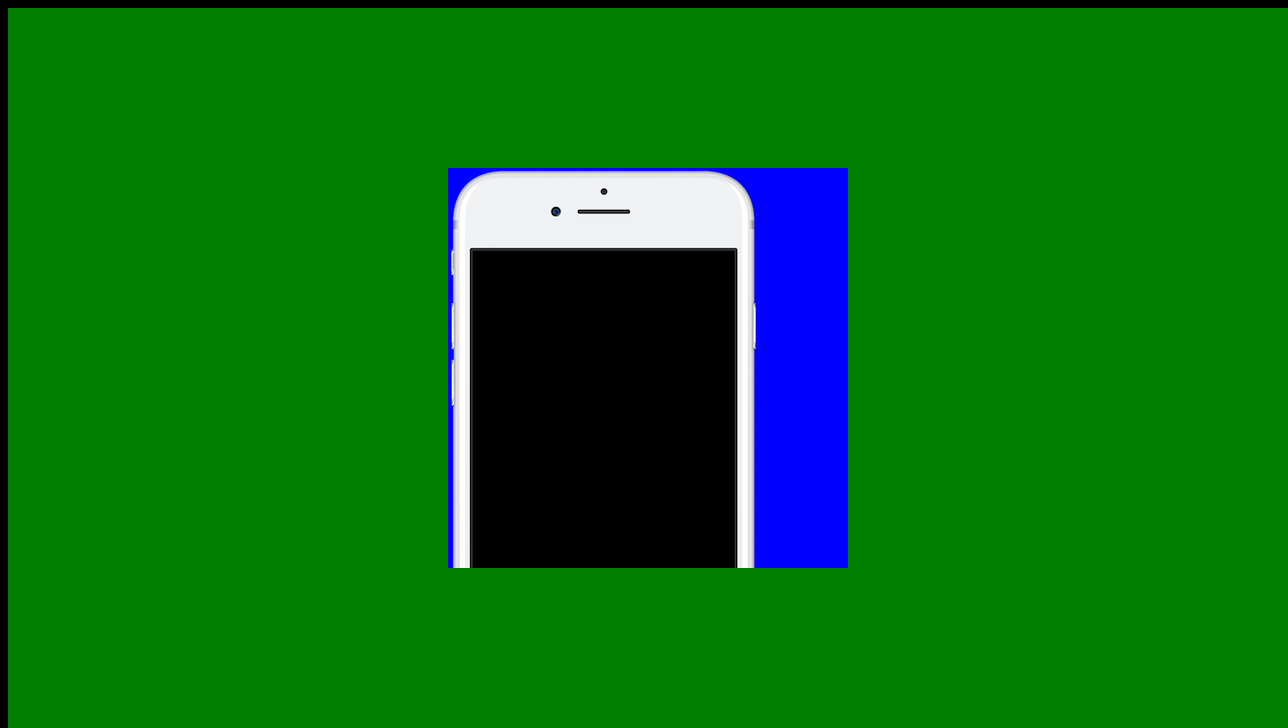
Repository: Lucianorodriguesdev/Projeto-RedeSocial
Page: index.html
The author's editor kept a copy of each file at every save. The page is drawn from the files as they stood at one save, then again after the next save.
The browser window is 1280 px wide. The page is 1288 px wide, so the pictures cover 1288 px, including what lies to the right of the window. The pictures show the whole page.

Above is the page before, as saved 2026-07-06 10:38:36.

After the next save:
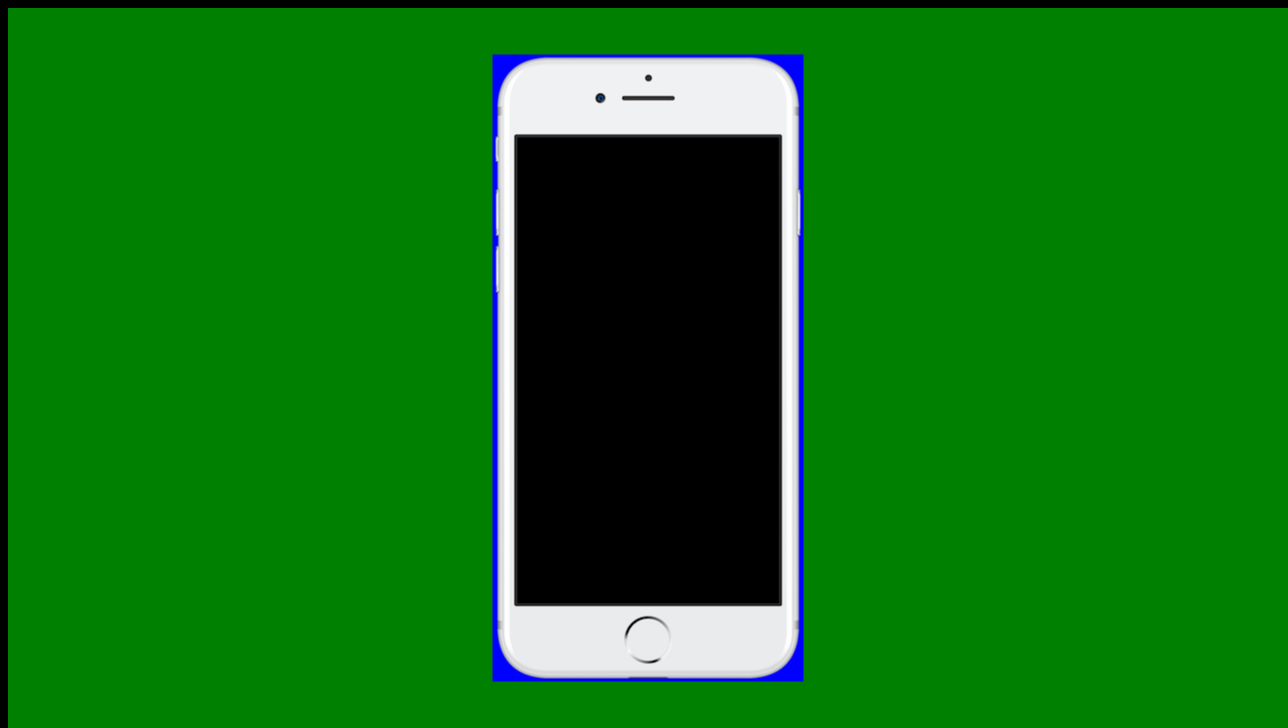
Saved 104 s later.
--- a/estilo/style.css
+++ b/estilo/style.css
@@ -15,8 +15,8 @@
     background-color: green;
 }
 #telefone{
-    height: 400px;
-    width: 400px;
+    height: 627px;
+    width: 311px;
     background-color: blue;
     position: absolute;
     top:50%;
